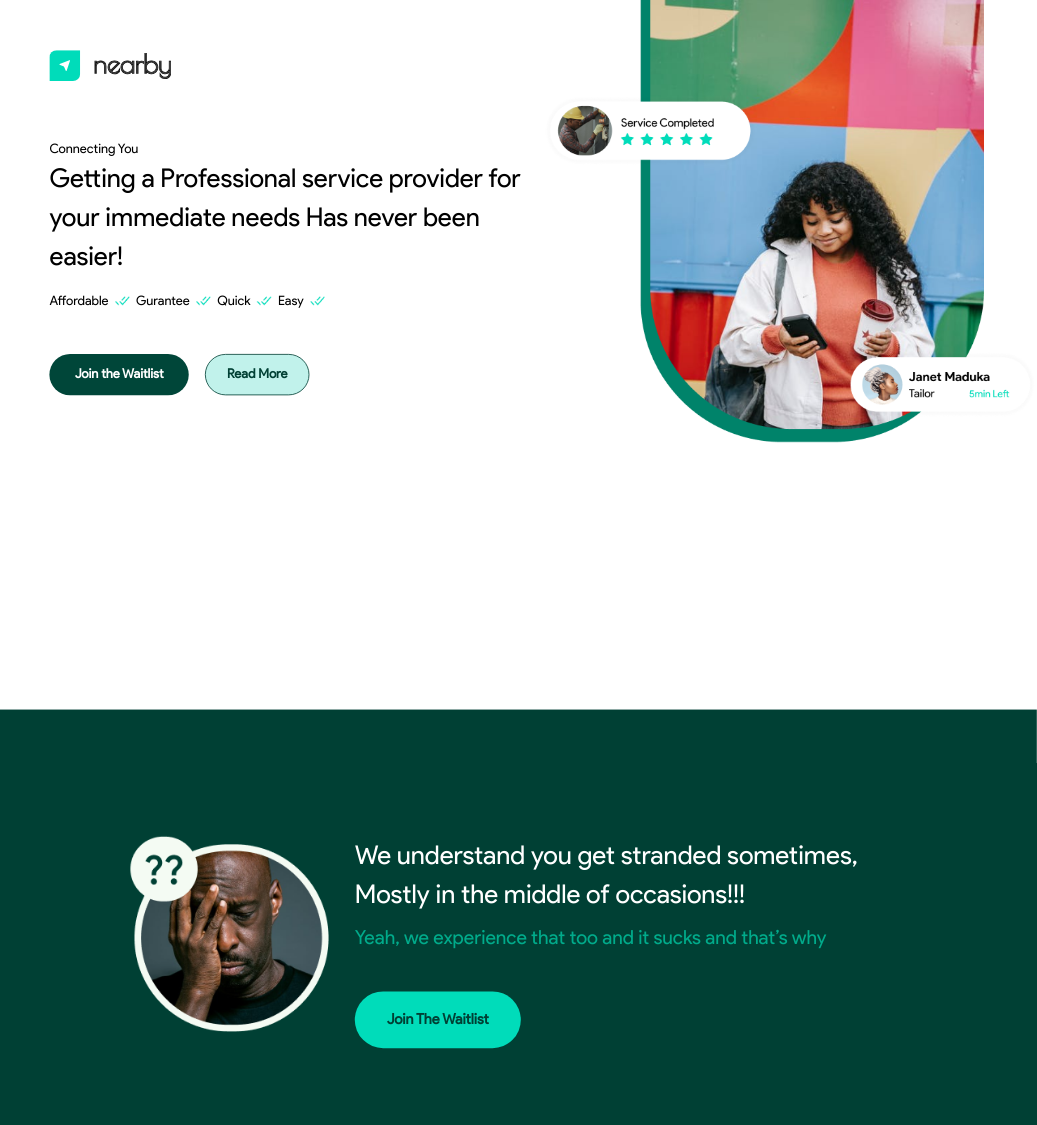
Repository: Eugene44-hub/Mearby
Page: /
The author's editor kept a copy of each file at every save. The page is drawn from the files as they stood at one save, then again after the next save.
The browser window is 1280 px wide. The pictures show the whole page, at 81% of full size.
The project was rebuilt for these pictures with package versions that can differ from the ones it lists, and the page was loaded fresh each time.

Above is the page before, as saved 2022-04-30 12:44:22.

### src/App.tsx
import React from 'react';
import Hero from './components/hero/Hero';
import Nav from './components/nav/Nav';
import LandingPage from './pages/landing/LandingPage';

function App() {
  return (
   <>
<Nav/>
<LandingPage/>
</>

);
}

export default App;

### src/components/nav/Nav.tsx
import React from 'react';
import send from '../../assets/images/send.svg';
import nearby from '../../assets/images/nearby logo.svg';
import styles from "./Nav.module.css"
const Nav = () => {
	return (
		<nav className={`md:h-auto h-[96.57px] ${styles.nav} flex`}>
			<header className="m-auto block md:hidden">
				<div className="flex justify-center">
					<img
						src={send}
						className="bg-[#00DCBA] mr-[16.79px] p-3 rounded-tl-[8.91471px] rounded-br-[8.91471px]"
						alt="send"
					/>
					<img src={nearby} alt="send" />
				</div>
			</header>
		</nav>
	);
};

export default Nav;

### src/pages/landing/LandingPage.tsx
import React from 'react'
import Hero from '../../components/hero/Hero';
import Understand from '../../components/understand/Understand';
const LandingPage = () => {
  return (
    <>

    <Hero/>
    <Understand/>
    </>
  )
}

export default LandingPage

### src/components/nav/Nav.module.css
@media screen and (max-width:768px) {
    .nav{
/* display: none; */
/* bg-[#014034] */
background-color:#014034;
}
}

### src/components/hero/Hero.tsx
import React from 'react';
import styles from './Hero.module.css';
import checked from '../../assets/images/checked.png';
import heroImg from '../../assets/images/heroImg.png';
import send from '../../assets/images/send.svg';
import nearby from '../../assets/images/nearbyDark.svg';

const Hero = () => {
	const minorText: string[] = [ 'affordable', 'gurantee', 'quick', 'easy' ];
	return (
		<section className="container md:pl-[61px]">
			<div className={`${styles.container} md:flex justify-between`}>
				<div className={`${styles.heroContainer} mb-[3rem] flex flex-wrap md:w-[50%]`}>
					<div className="md:flex w-[20%] hidden mt-[62px] items-center">
						<img
							src={send}
							className="bg-[#00DCBA] w-[100%] mr-[16.79px] p-3 rounded-tl-[8.91471px] rounded-br-[8.91471px]"
							alt="send"
						/>
						<img src={nearby} alt="send" />
					</div>

					<div className="m-auto">
						<h2 className={` ${styles.connectHead} flex items-end md:h-[95.5px]`}>Connecting You</h2>
						<p className={`text-[2rem] ${styles.connectText}`}>
							Getting a Professional service provider for your immediate needs Has never been easier!
						</p>
					</div>

					<ul className={`${styles.connectList} mt-5 flex justify-between `}>
						{minorText.map((item, index) => (
							<li key={index} className="flex items-center capitalize mr-2">
								{item} <img src={checked} className="w-[18px] ml-2" alt="checked" />
							</li>
						))}
					</ul>

					<div className="w-[100%] md:pt-[53px] md:px-0 p-5">
						<button className="bg-[#004639] font-bold w-[172px] h-[51px] text-white mr-5 rounded-[50px]">
							Join the Waitlist
						</button>
						<button className="bg-[#C1F2EB] font-bold w-[129px] h-[51px] rounded-[50px] text-[#004034] border border-[#004034] capitalize">
							read more
						</button>
					</div>
				</div>
				<div className="md:w-[50%]">
					<img src={heroImg} className={styles.heroImg} alt="" />
				</div>
			</div>
		</section>
	);
};

export default Hero;
// wKcVoY0oBaK0dDUj5
// yX2Q8nskPsN4AjVkAPMBM

### src/components/understand/Understand.tsx
import React from 'react'
import understand from "../../assets/images/understand.png"
import WaitLight from "../../components/Buttons/WaitLight"
const Understand = () => {
  return (
    <div className='bg-[#004034] mt-[20rem] '>
 <div className='container  md:px-0 px-5 pt-[9.75rem] py-[5.938rem] md:pl-[61px] md:pr-[27px] md:flex justify-center  relative mt-[20rem]'>

<img src={understand} className=" absolute block md:hidden translate-x-[-50%] left-[50%] top-[-20%]" alt="understand" />
<div className='md:block hidden mr-[2rem]'>
<img src={understand} className=" w-[100%]"alt="understand" />

</div>

<div className='md:w-[60%] md:mx-0 mx-auto '>
<div>
<p className='text-[2rem] text-white'>
We understand you get stranded sometimes, Mostly in the middle of occasions!!!
</p>
<p className='mt-3 text-[1.5rem] text-[#01AB8B] '>
Yeah, we experience that too and it sucks and that’s why  </p>
</div>

<div className='pt-[3rem]'>
<WaitLight/>
</div>

</div>
  </div>

    </div>

  )
}

export default Understand

### src/components/hero/Hero.module.css
.container{
height: 812px;
background-image: url(../../assets/images/mobileHero.png);
background-repeat: no-repeat;
background-position: center;
background-size: 133% 100%;
}


.heroImg{
    display: none;
    width: 100%;
}
.heroContainer{
    /* background-color: black; */
    color: white;

}
.connectHead,.connectText,.connectList{
    padding: 20px;

}
@media screen and (min-width:600px) {
    .container{
    background-image:none;
    height: auto;
}
.connectHead{
    background-color: none;
}
.heroImg{
    display: block;
}
.connectHead{
    background-color: none;
}
.heroContainer{
    /* background-color: black; */
    color: black ;
}

}

@media screen and (min-width:768px) {
    .connectHead,.connectText,.connectList{
        padding: 0px;
    }

}


@media screen and (max-width:600px){
.connectHead{
    background-color: #004034;
}

}
/* .minorTxt{
} */
/* linear-gradient(rgba(0, 64, 52, 1), rgba(0, 57, 64, 0)) */
/* linear-gradient(rgba(0, 64, 52, 1),rgba(0, 64, 52, 1)) */

### src/components/Buttons/WaitLight.tsx
import React from 'react'
import styles from "./Button.module.css"

const Wait = () => {
  return (
    <button className={`${styles.light} capitalize`}>Join the waitlist</button>

  )
}

export default Wait

### src/components/Buttons/Button.module.css
    .light {
        background-color: #00DCBA;
        color: #004034;
        width: 205px;
        font-size: 1.125rem;
    }

    .dark {
        background-color: #004639;
        color: #004034;
        font-size: "1rem";
        width: 192px;
    }

    .light,
    .dark {
        height: 70px;
        border-radius: 50px;
        font-weight: bold;
    }

Loaded but not shown: public/index.html (common file); src/index.tsx (common file); src/index.css (common file); tailwind.config.js (common file)

After the next save:
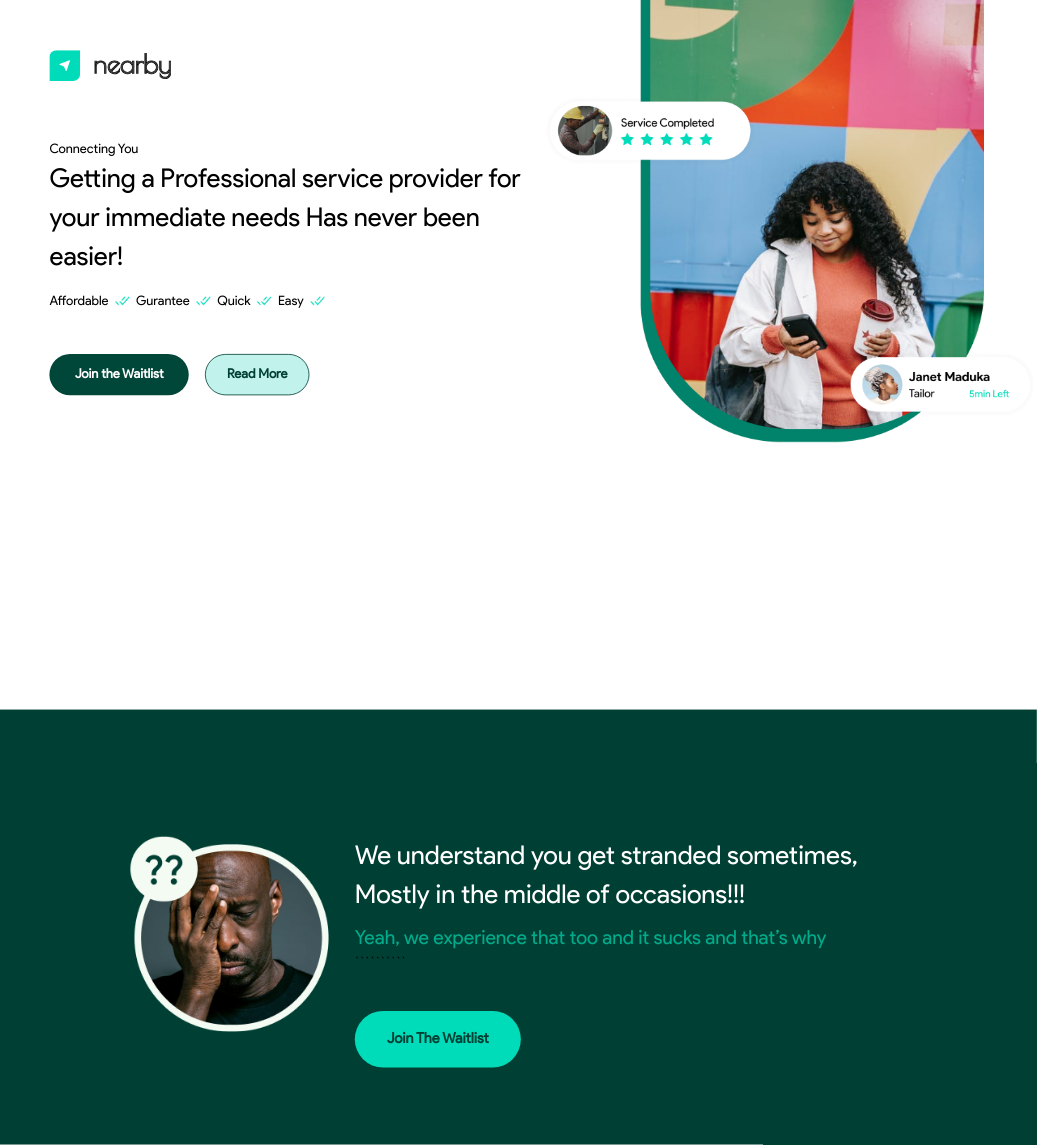
Saved 10 s later.
--- a/src/components/understand/Understand.tsx
+++ b/src/components/understand/Understand.tsx
@@ -18,7 +18,7 @@
 We understand you get stranded sometimes, Mostly in the middle of occasions!!!
 </p>
 <p className='mt-3 text-[1.5rem] text-[#01AB8B] '>
-Yeah, we experience that too and it sucks and that’s why  </p>
+Yeah, we experience that too and it sucks and that’s why  </p>``````````
 </div>
 
 <div className='pt-[3rem]'>

After the save that followed:
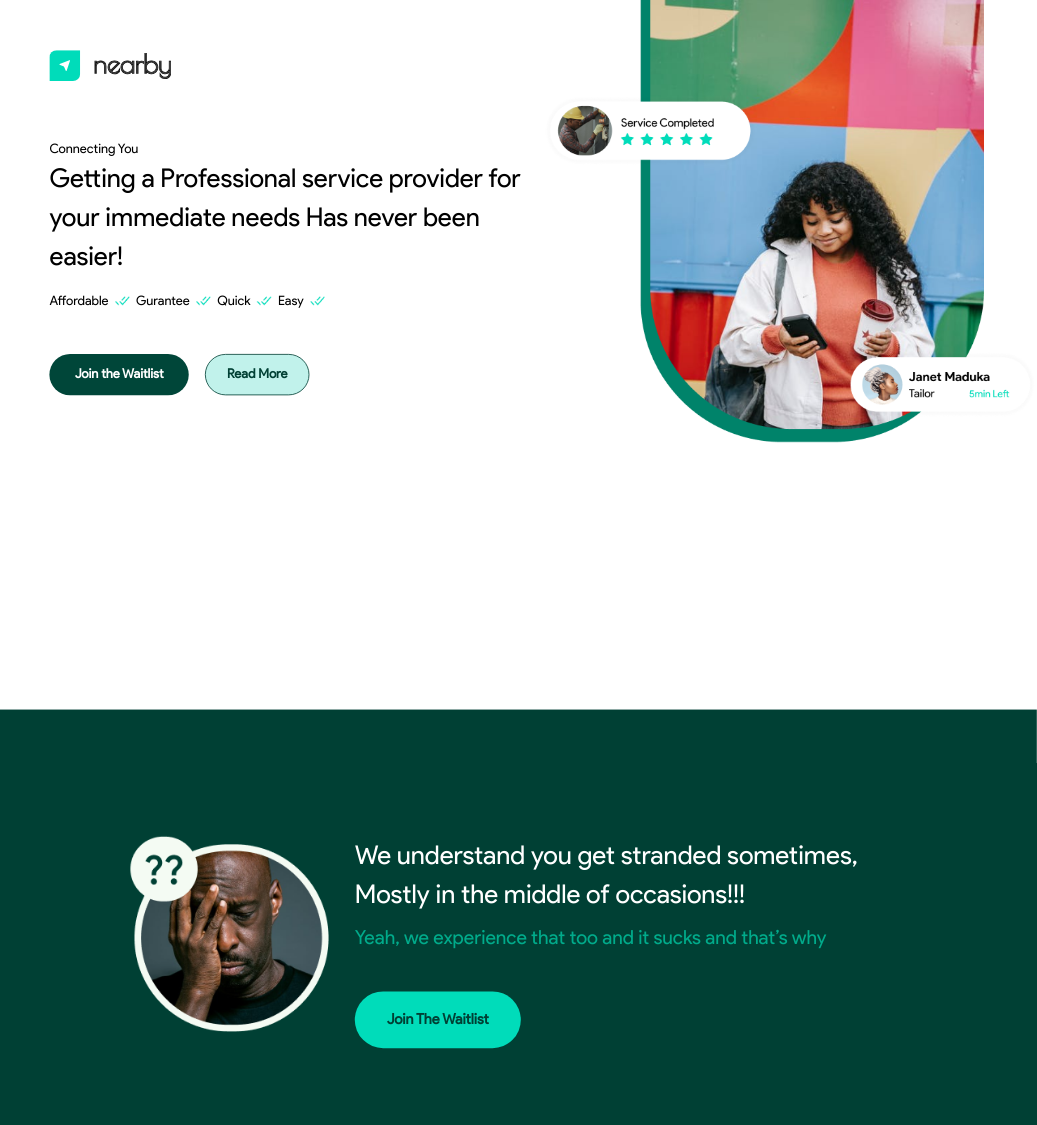
Saved 7 s later.
--- a/src/components/understand/Understand.tsx
+++ b/src/components/understand/Understand.tsx
@@ -18,7 +18,7 @@
 We understand you get stranded sometimes, Mostly in the middle of occasions!!!
 </p>
 <p className='mt-3 text-[1.5rem] text-[#01AB8B] '>
-Yeah, we experience that too and it sucks and that’s why  </p>``````````
+Yeah, we experience that too and it sucks and that’s why  </p>
 </div>
 
 <div className='pt-[3rem]'>
